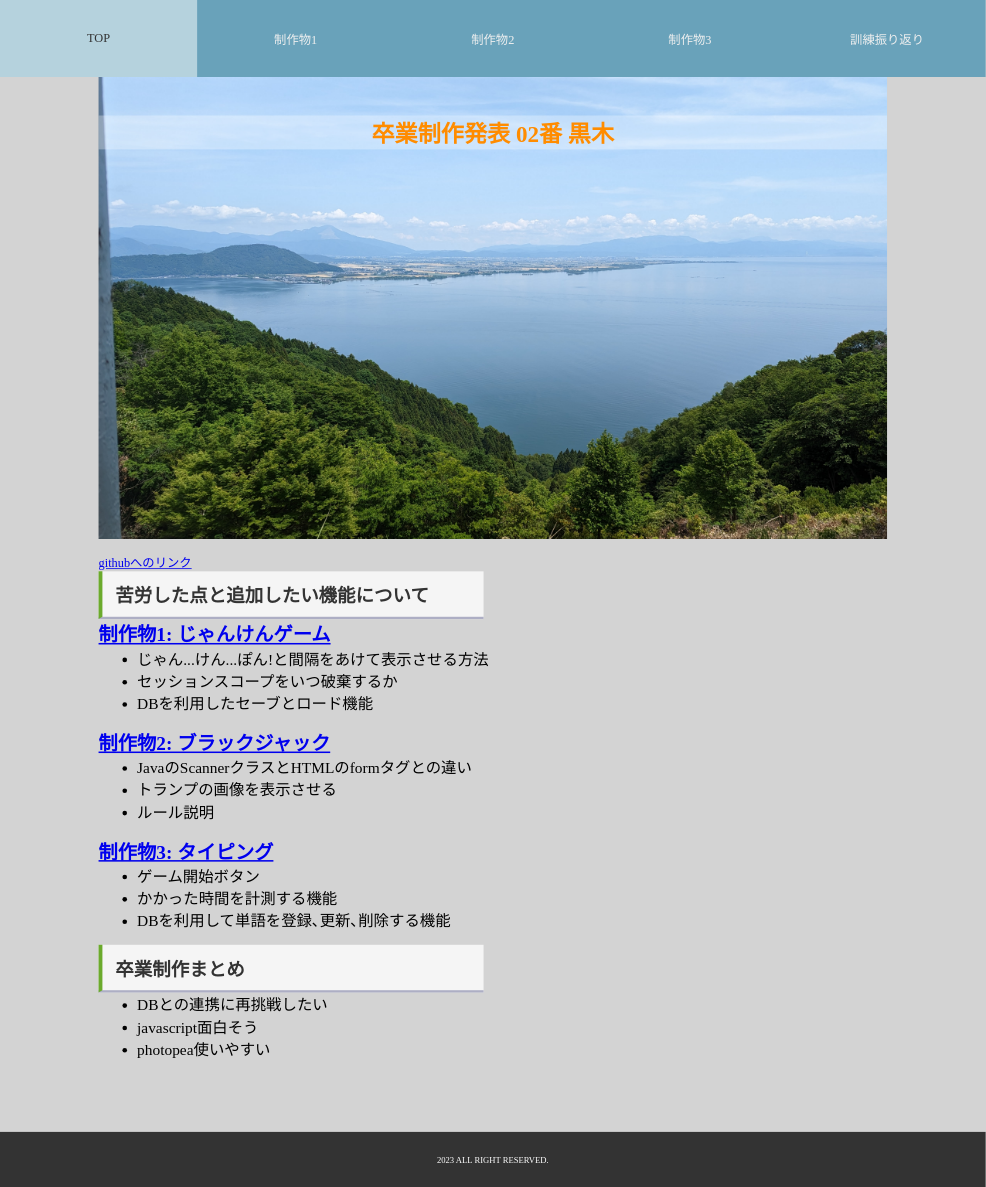
Repository: yuki-kuro/portfolio
Page: BJServletRensyu2/src/main/webapp/卒業制作/index.html
These files come from the project's save history. The page is drawn as it stood at one moment and after the next save; the edit follows.
The browser window is 1280 px wide. The pictures show the whole page, at 77% of full size.

Above is the page before, as saved 2023-06-27 03:22:47.

After the next save:
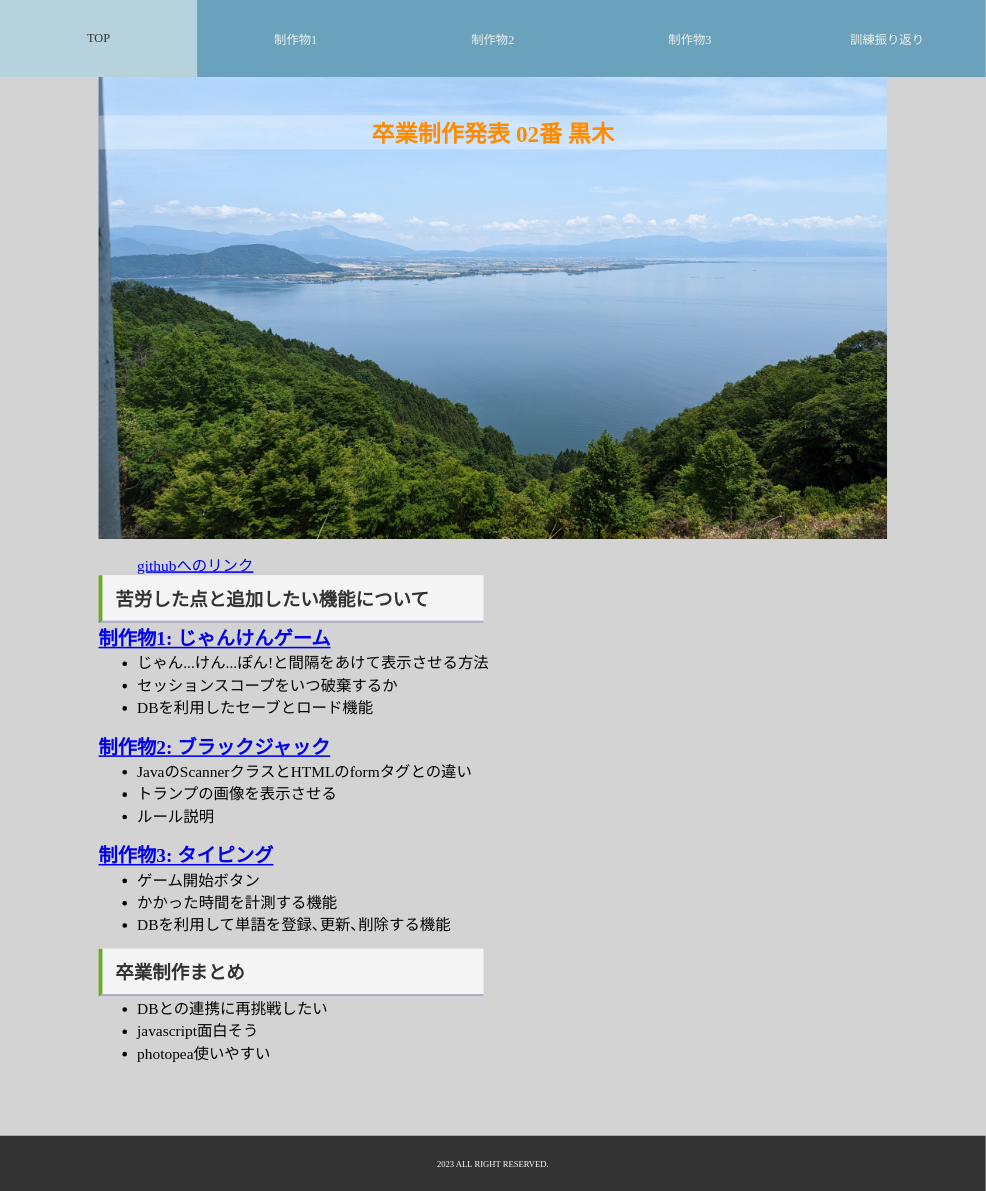
Saved 37 s later.
--- a/BJServletRensyu2/src/main/webapp/卒業制作/css/sotugyouseisaku.css
+++ b/BJServletRensyu2/src/main/webapp/卒業制作/css/sotugyouseisaku.css
@@ -16,6 +16,10 @@ h1.toppage{
 	width: 100%;
 	display: block;
 	margin-top: -250px;
+  }
+  .github{
+margin-left: 50px;
+font-size: 20px;
   }
   .setumei {
 margin-left: 50px;
